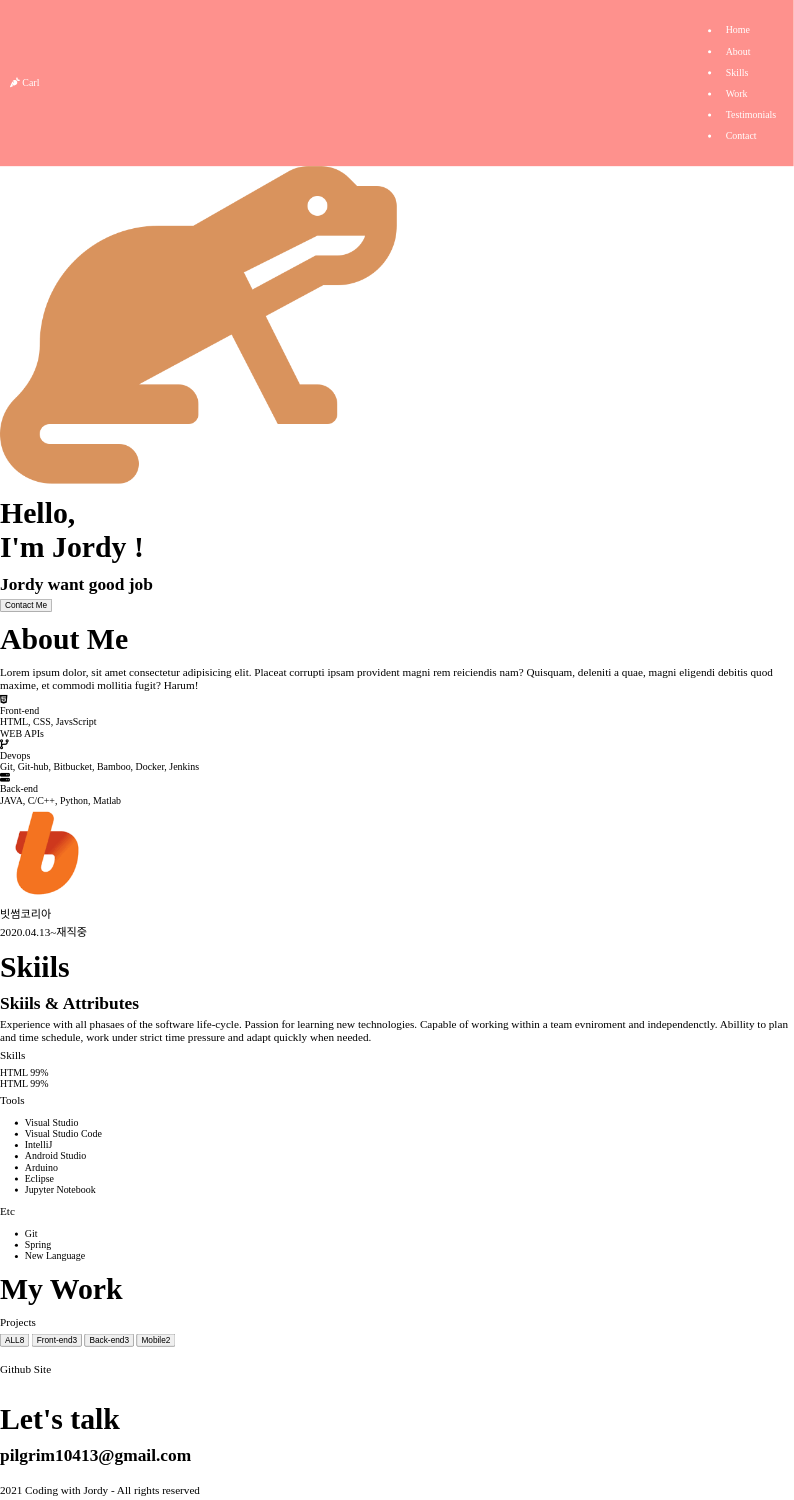
Repository: pilgrim13/Portfolio
Page: index.html
These files come from the project's save history. The page is drawn as it stood at one moment and after the next save; the edit follows.
The browser window is 1280 px wide. The pictures show the whole page, at 62% of full size.
Some web libraries are served in a nearby version.

Above is the page before, as saved 2021-01-11 17:47:32.

After the next save:
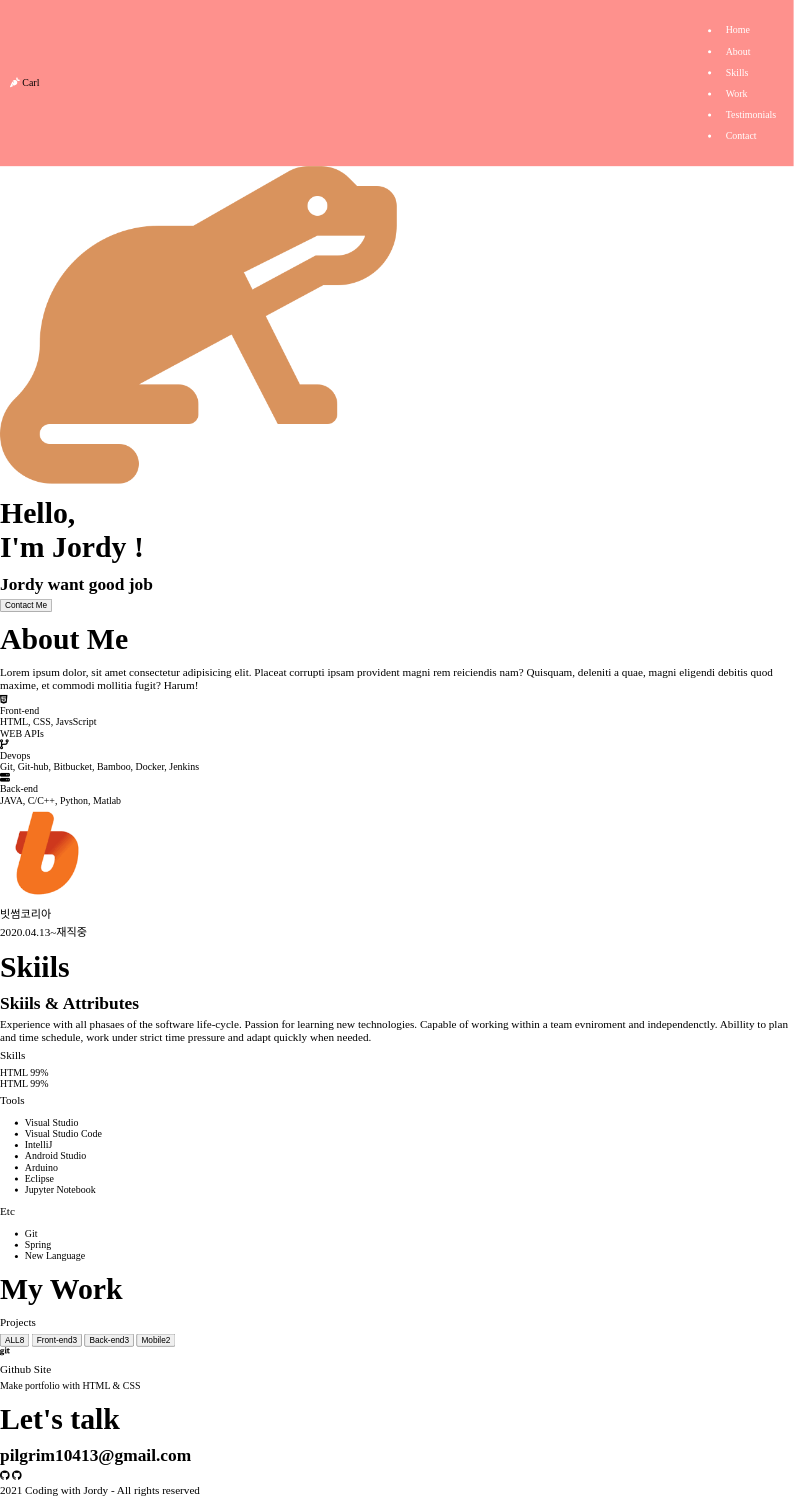
Saved 16 s later.
--- a/style.css
+++ b/style.css
@@ -42,7 +42,8 @@
 
 a {
 	text-decoration: none;
-	color: var(--color-white);
+	color: black;
+	/* color: var(--color-white); */
 }
 
 /* Typography */
